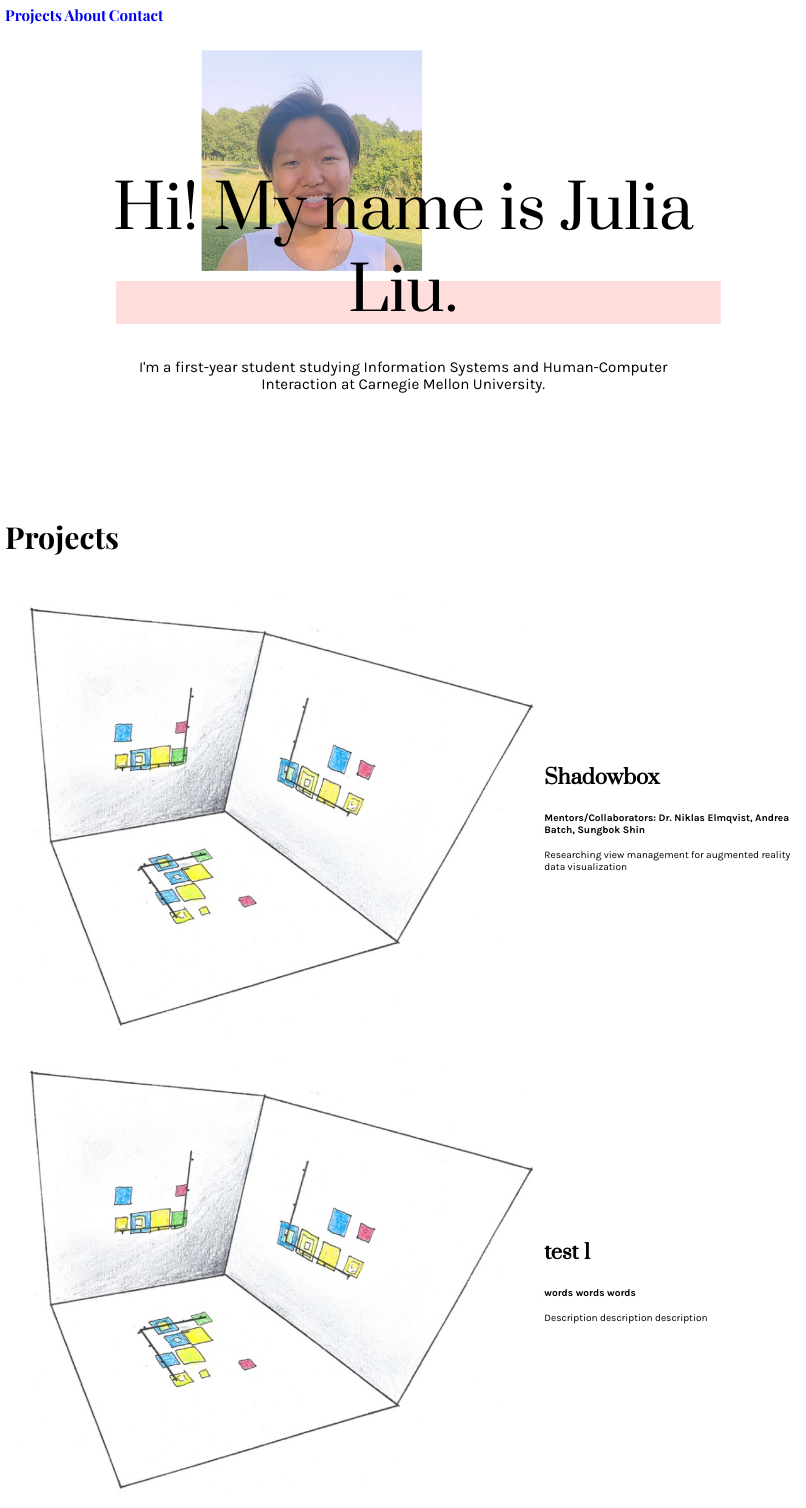
Repository: liu-julia/liu-julia.github.io
Page: index.html
These files come from the project's save history. The page is drawn as it stood at one moment and after the next save; the edit follows.
The browser window is 1280 px wide. The pictures show the whole page, at 63% of full size.

Above is the page before, as saved 2022-04-26 22:52:27.

After the next save:
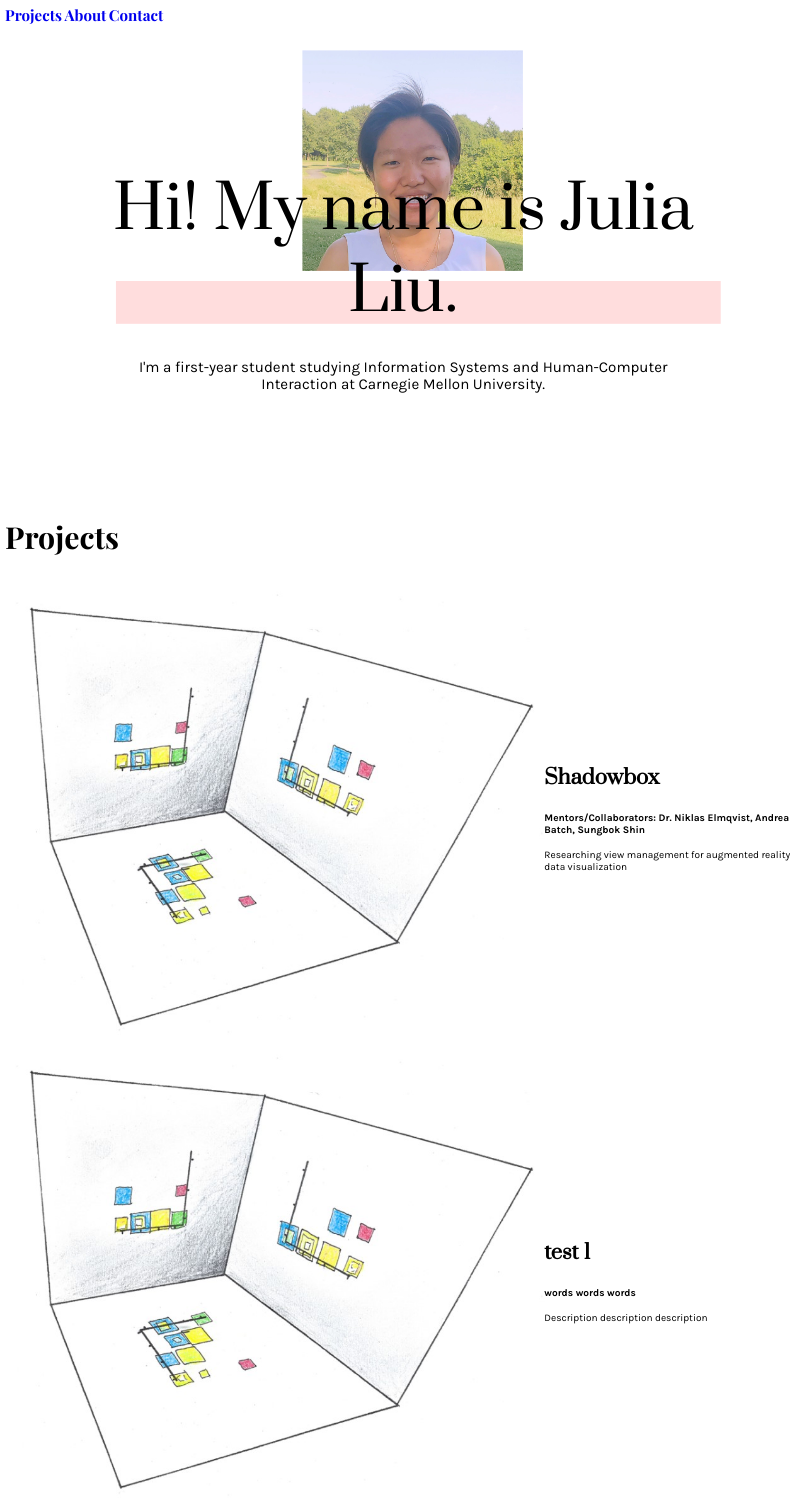
Saved 4 s later.
--- a/css/styles.css
+++ b/css/styles.css
@@ -71,8 +71,8 @@ a {
 #face {
     position: absolute;
     top: 5rem;
-    left: 20rem;
-    right: 20rem;
+    left: 30rem;
+    right: 30rem;
     width: 350px;
     height: 350px;
 }
